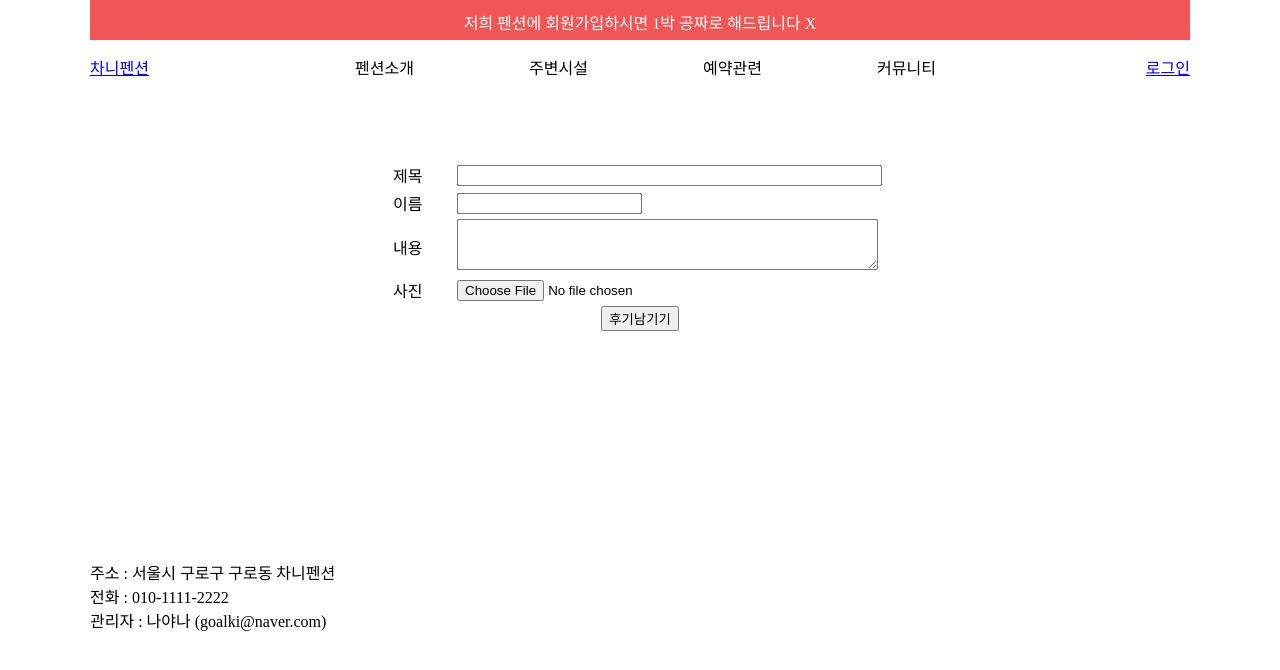
Repository: goalki/pension
Page: http://localhost/pension/tour/write.jsp
An editor plug-in stored every save of this project. The page is shown before and after the next save, followed by the edit.
The browser window is 1280 px wide. The pictures show the whole page.
The page is served by Tomcat 9.

Above is the page before, as saved 2021-01-19 08:08:48.

After the next save:
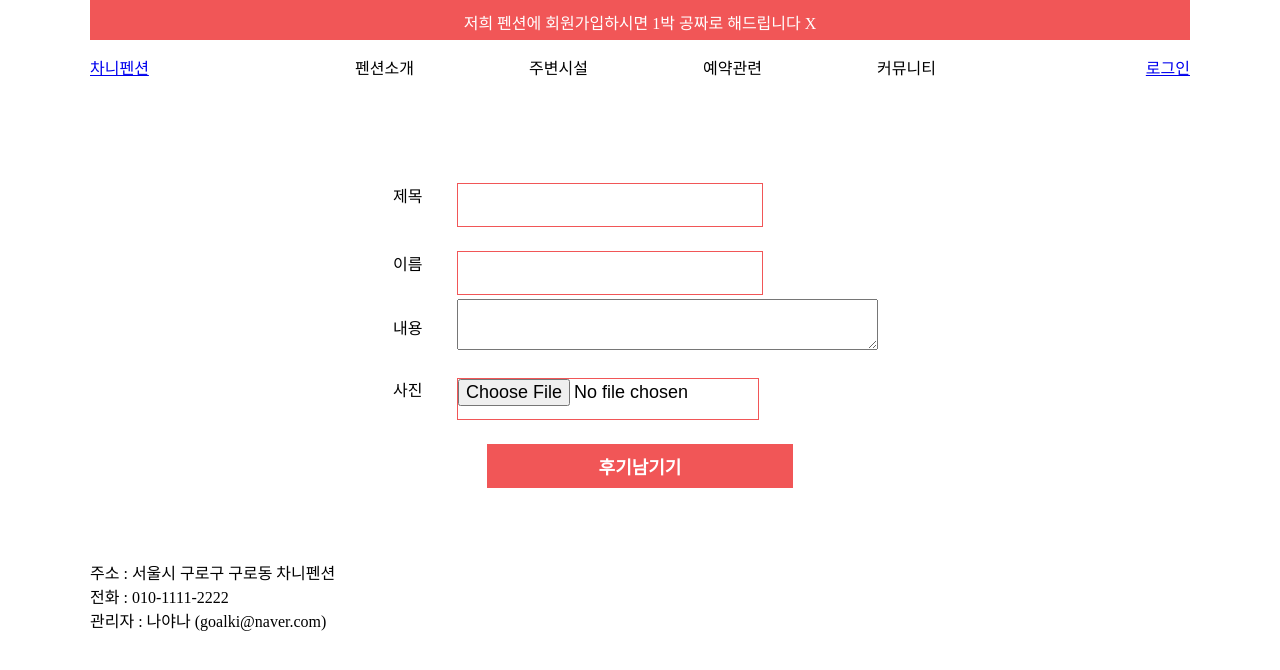
Saved 55 s later.
--- a/pension/WebContent/tour/write.jsp
+++ b/pension/WebContent/tour/write.jsp
@@ -16,6 +16,20 @@
   }
   #section #submit {
     text-align:center;
+  }
+  #section input{
+    width:300px;
+    height:40px;
+    border:1px solid #f15657;
+    margin-top:20px;
+    font-size:18px;
+  }
+  #section input[type=submit] {
+    width:306px;
+    height:44px;
+    background:#f15657;
+    color:white;
+    font-weight:900;
   }
  </style>
  <div id="section">

After the save that followed:
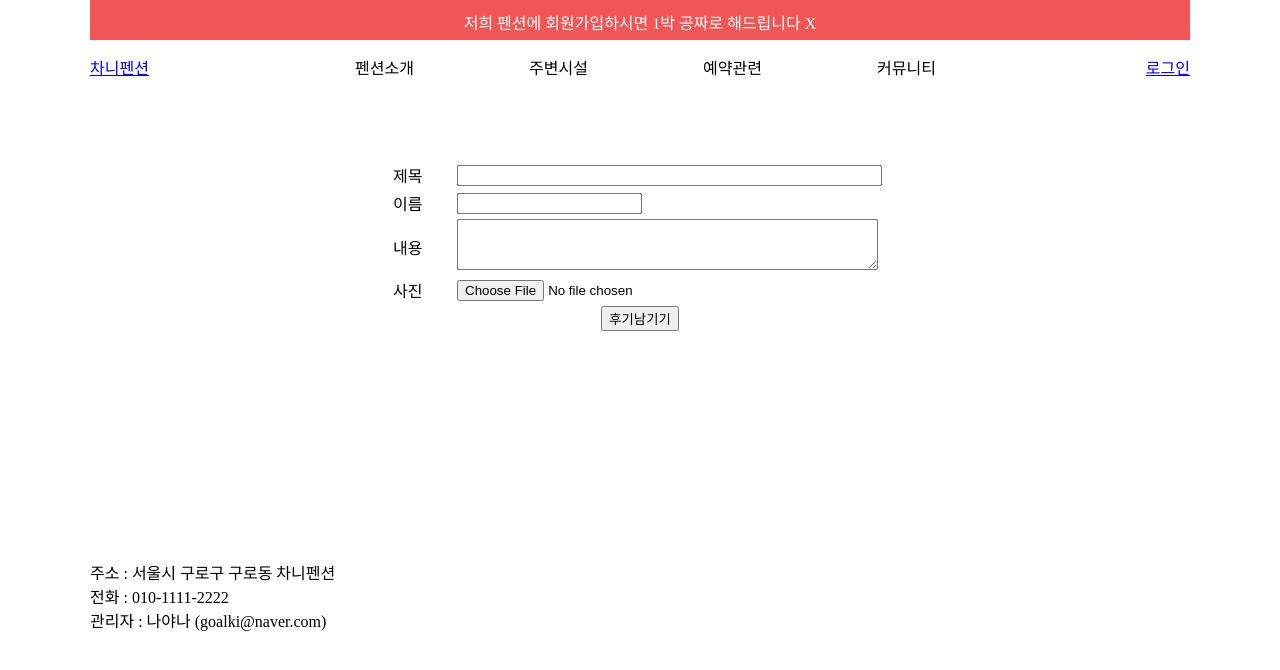
Saved 12 s later.
--- a/pension/WebContent/tour/write.jsp
+++ b/pension/WebContent/tour/write.jsp
@@ -17,20 +17,7 @@
   #section #submit {
     text-align:center;
   }
-  #section input{
-    width:300px;
-    height:40px;
-    border:1px solid #f15657;
-    margin-top:20px;
-    font-size:18px;
-  }
-  #section input[type=submit] {
-    width:306px;
-    height:44px;
-    background:#f15657;
-    color:white;
-    font-weight:900;
-  }
+
  </style>
  <div id="section">
   <form method="post" action="write_ok.jsp" enctype="multipart/form-data">
